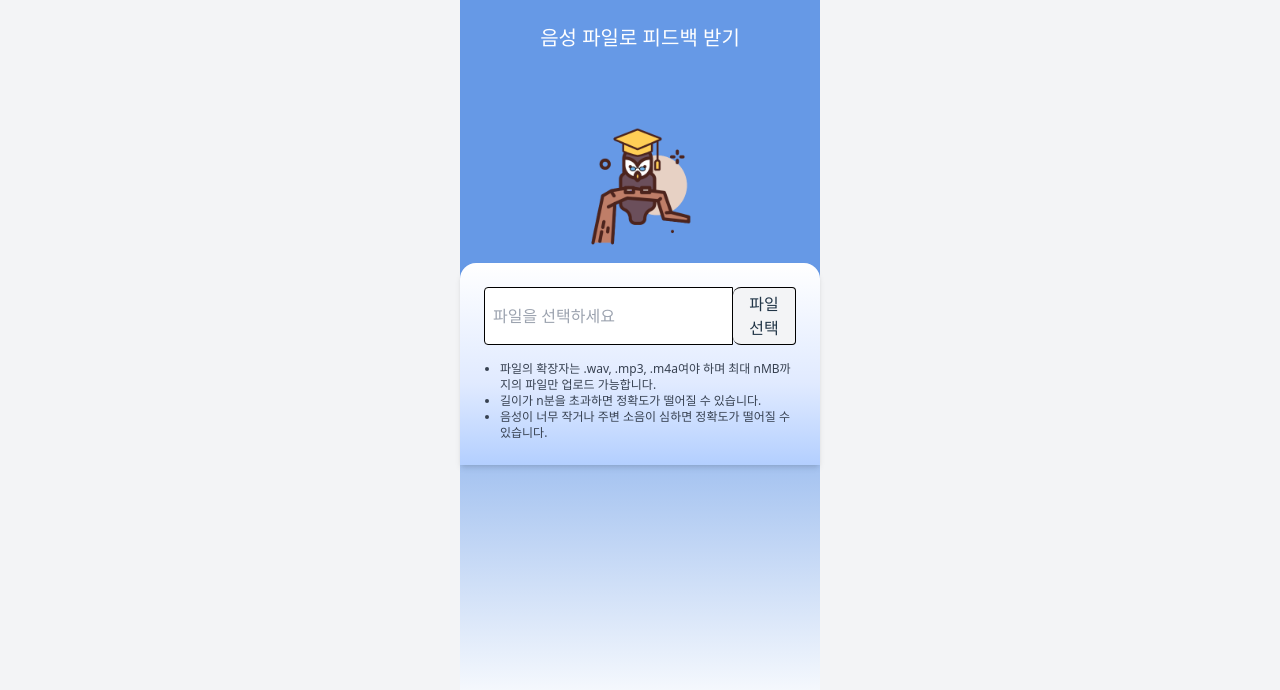
Repository: yurim1205/mini_front
Page: /file (app in frontend/)
The author's editor kept a copy of each file at every save. The page is drawn from the files as they stood at one save, then again after the next save.
The browser window is 1280 px wide. The pictures show the whole page.
The project was rebuilt for these pictures with package versions that can differ from the ones it lists, and the page was loaded fresh each time. Also part of the build but not shown: frontend/vite.config.js, frontend/src/components/common/Button.jsx, frontend/src/components/buttons/fileFeedbackBtn.jsx, frontend/src/components/buttons/rec_FeedbackBtn.jsx, frontend/src/pages/home.jsx.

Above is the page before, as saved 2025-05-13 17:43:16.

After the next save:
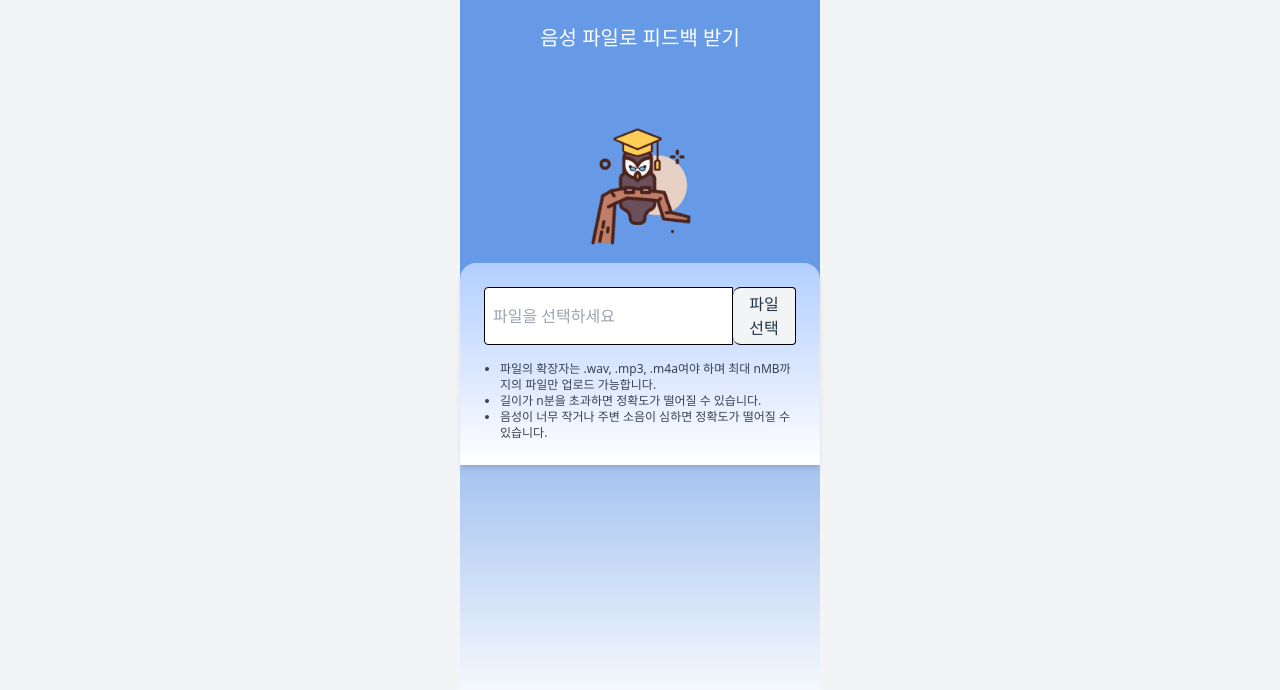
Saved 25 s later.
--- a/frontend/src/pages/fileFeedback.jsx
+++ b/frontend/src/pages/fileFeedback.jsx
@@ -27,7 +27,7 @@
         <div
           className="rounded-t-2xl shadow-md w-full px-6 py-6 mt-2 flex flex-col items-center"
           style={{
-            background: "linear-gradient(to bottom, #fff 0%, #e0eaff 60%, #b3cfff 100%)"
+            background: "linear-gradient(to bottom, #b3cfff 0%, #e0eaff 60%, #fff 100%)"
           }}
         >
           {/* 파일 업로드 부분 */}
